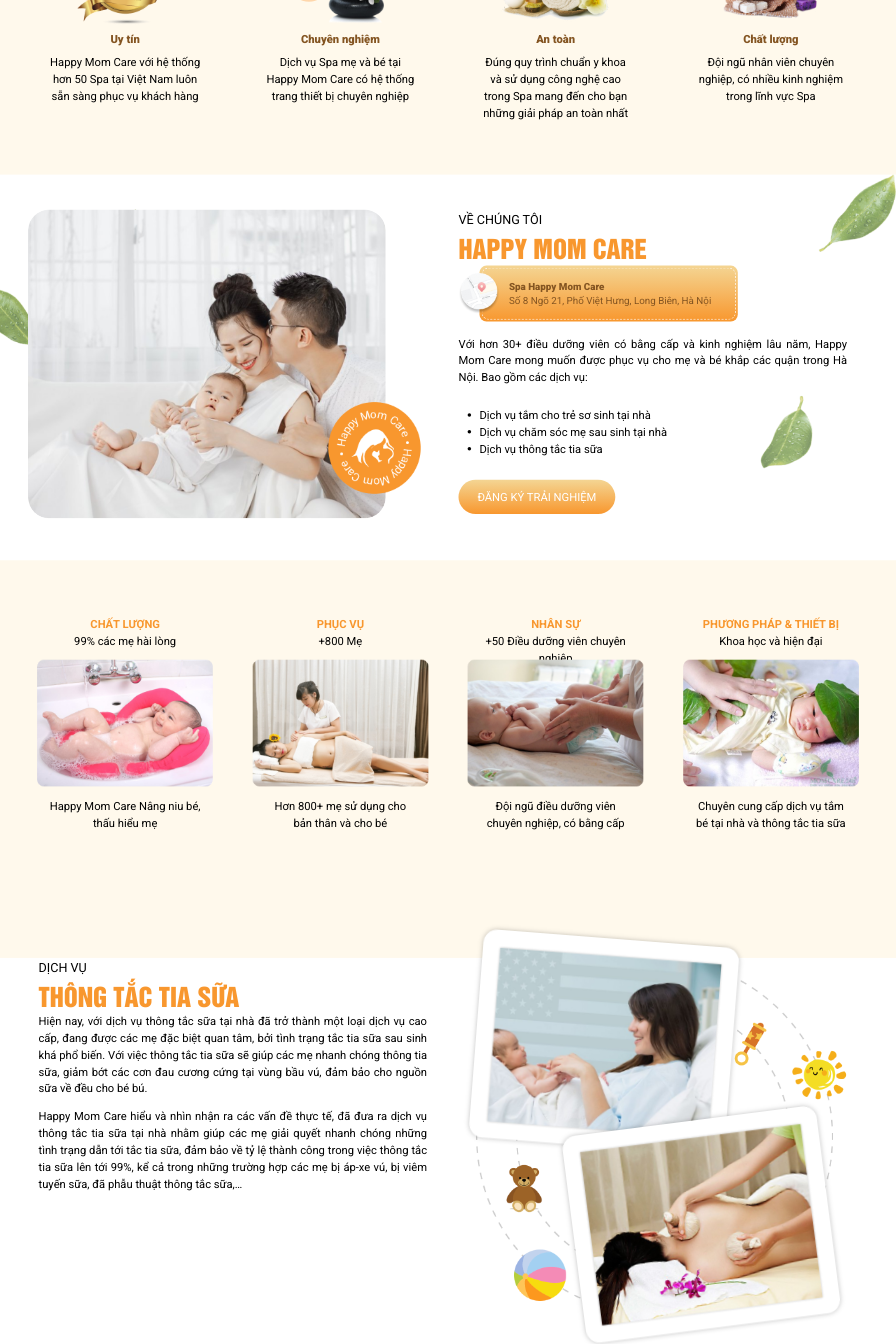
Repository: haianh12082001/happymom
Page: index.html
The author's editor kept a copy of each file at every save. The page is drawn from the files as they stood at one save, then again after the next save.
The browser window is 1280 px wide. The pictures show the part of the page from y = 869 to 2789 px (the page is 2789 px tall before and 2779 px after), at 70% of full size.
Some web libraries are served in a nearby version. The style sheet was rebuilt from its Sass, Less or Tailwind sources for each picture, by a compiler version that may differ from the author's.

Above is the page before, as saved 2021-11-16 10:11:29.

### index.html
<!DOCTYPE html>
<html lang="en">
    <head>
        <meta charset="UTF-8" />
        <meta http-equiv="X-UA-Compatible" content="IE=edge" />
        <meta name="viewport" content="width=device-width, initial-scale=1.0" />
        <title>Document</title>
        <link href="https://fonts.googleapis.com/css2?family=Roboto:wght@300;400;500;700;900&display=swap" rel="stylesheet" />
        <link rel="stylesheet" href="./assets/fonts/fontawesome-free-5.15.3/css/all.min.css" />
        <link
            rel="stylesheet"
            href="https://cdn.jsdelivr.net/npm/bootstrap@4.6.0/dist/css/bootstrap.min.css"
            integrity="sha384-B0vP5xmATw1+K9KRQjQERJvTumQW0nPEzvF6L/Z6nronJ3oUOFUFpCjEUQouq2+l"
            crossorigin="anonymous"
        />
        <link rel="stylesheet" href="./assets/css/app.css" />
    </head>
    <body>
        <div class="topbar">
            <div class="topbar__container container">
                <div class="topbar__logo">
                    <img src="./assets/img/logo.png" alt="" />
                </div>
                <div class="topbar__openTime">
                    <div class="openTime__text">Giờ mở cửa</div>
                    <div class="openTime__time">8h00 - 16h00</div>
                </div>
                <div class="topbar__seach">
                    <input type="text" name="" id="" placeholder="Tìm kiếm" />
                    <button class="button__seach">
                        <i class="fas fa-search r"></i>
                    </button>
                </div>
                <div class="topbar__hotline">
                    <div class="hotline__icon">
                        <img src="./assets/img/icon__phone.png" alt="" />
                    </div>
                    <div class="hotline__text">
                        <p class="hotline__text--top">Hotline:</p>
                        <p class="hotline__text--bottom">0944 430 977</p>
                    </div>
                </div>
                <div class="topbar__book">
                    <div class="book__icon">
                        <i class="fas fa-calendar-alt"></i>
                    </div>
                    <p class="book__text">Đặt lịch hẹn</p>
                </div>
            </div>
        </div>
        <header class="header">
            <div class="header__container container">
                <ul class="header__list">
                    <li class="header__item">
                        <a href="#" class="header__link">Trang chủ</a>
                    </li>
                    <li class="header__item">
                        <a href="#" class="header__link">Giới thiệu</a>
                    </li>
                    <li class="header__item">
                        <a href="#" class="header__link">Dịch vụ</a>
                    </li>
                    <li class="header__item">
                        <a href="#" class="header__link">Khoá học</a>
                    </li>
                    <li class="header__item">
                        <a href="#" class="header__link">Hệ thống đại lý</a>
                    </li>
                    <li class="header__item">
                        <a href="#" class="header__link">Tin tức</a>
                    </li>
                    <li class="header__item">
                        <a href="#" class="header__link">Liên hệ</a>
                    </li>
                </ul>
                <ul class="header__social">
                    <li>
                        <a href="#">
                            <i class="fab fa-facebook-f"></i>
                        </a>
                    </li>
                    <li>
                        <a href="#">
                            <i class="fab fa-twitter"></i>
                        </a>
                    </li>
                    <li>
                        <a href="#">
                            <i class="fab fa-google-plus-g"></i>
                        </a>
                    </li>
                    <li>
                        <a href="#">
                            <i class="fab fa-skype"></i>
                        </a>
                    </li>
                </ul>
            </div>
        </header>
        <section class="banner">
            <div class="banner__content">
                <div class="banner__img">
                    <img src="./assets/img/banner/Rectangle 28.png" alt="" />
                </div>
                <!-- <div class="banner__phone">
                    <div class="icon">
                        <i class="fas fa-phone-alt"></i>
                    </div>
                    <div class="text">0944 430 977</div>
                </div> -->
            </div>
        </section>
        <section class="bannerAdv">
            <div class="bannerAdv__container container">
                <div class="row">
                    <div class="bannerAdv__item col-lg-3">
                        <div class="bannerAdv__item--top">
                            <div class="text">01</div>
                            <img src="./assets/img/bannerAdv/pngwing 6.png" alt="" />
                        </div>
                        <div class="bannerAdv__item--bottom">
                            <div class="name">Uy tín</div>
                            <p class="des">Happy Mom Care với hệ thống hơn 50 Spa tại Việt Nam luôn sẵn sàng phục vụ khách hàng</p>
                        </div>
                    </div>
                    <div class="bannerAdv__item col-lg-3">
                        <div class="bannerAdv__item--top">
                            <div class="text">02</div>
                            <img src="./assets/img/bannerAdv/pngwing 8.png" alt="" />
                        </div>
                        <div class="bannerAdv__item--bottom">
                            <div class="name">Chuyên nghiệm</div>
                            <p class="des">Dịch vụ Spa mẹ và bé tại Happy Mom Care có hệ thống trang thiết bị chuyên nghiệp</p>
                        </div>
                    </div>
                    <div class="bannerAdv__item col-lg-3">
                        <div class="bannerAdv__item--top">
                            <div class="text">03</div>
                            <img src="./assets/img/bannerAdv/pngwing 9.png" alt="" />
                        </div>
                        <div class="bannerAdv__item--bottom">
                            <div class="name">An toàn</div>
                            <p class="des">Đúng quy trình chuẩn y khoa và sử dụng công nghệ cao trong Spa mang đến cho bạn những giải pháp an toàn nhất</p>
                        </div>
                    </div>
                    <div class="bannerAdv__item col-lg-3">
                        <div class="bannerAdv__item--top">
                            <div class="text">04</div>
                            <img src="./assets/img/bannerAdv/pngwing 10.png" alt="" />
                        </div>
                        <div class="bannerAdv__item--bottom">
                            <div class="name">Chất lượng</div>
                            <p class="des">Đội ngũ nhân viên chuyên nghiệp, có nhiều kinh nghiệm trong lĩnh vực Spa</p>
                        </div>
                    </div>
                </div>
            </div>
        </section>
        <section class="introduce">
            <div class="introduce__container container">
                <div class="row">
                    <div class="col-lg-6">
                        <div class="introduce__img">
                            <img src="./assets/img/Rectangle 33.png" alt="" />
                        </div>
                    </div>
                    <div class="col-lg-6">
                        <div class="introduce__heading">Về chúng tôi</div>
                        <div class="introduce__name">Happy mom care</div>
                        <div class="introduce__address">
                            <div class="introduce__address--img">
                                <img src="./assets/img/Ellipse 29.png" alt="" />
                            </div>
                            <div class="introduce__address--text">
                                <p>Spa Happy Mom Care</p>
                                <span>Số 8 Ngõ 21, Phố Việt Hưng, Long Biên, Hà Nội</span>
                            </div>
                        </div>
                        <div class="introduce__text">
                            <p>
                                Với hơn 30+ điều dưỡng viên có bằng cấp và kinh nghiệm lâu năm, Happy Mom Care mong muốn được phục vụ cho mẹ và bé khắp các quận
                                trong Hà Nội. Bao gồm các dịch vụ:
                            </p>
                            <ul class="text__list">
                                <li>Dịch vụ tắm cho trẻ sơ sinh tại nhà</li>
                                <li>Dịch vụ chăm sóc mẹ sau sinh tại nhà</li>
                                <li>Dịch vụ thông tắc tia sữa</li>
                            </ul>
                        </div>
                        <div class="introduce__btn">
                            <a href="">Đăng ký trải nghiệm</a>
                        </div>
                    </div>
                </div>
            </div>
        </section>
        <section class="blog">
            <div class="blog__container container">
                <div class="row">
                    <div class="blog__item col-lg-3">
                        <div class="blog__name">Chất lượng</div>
                        <div class="blog__subname">99% các mẹ hài lòng</div>
                        <div class="blog__img">
                            <img src="./assets/img/blog/Rectangle 35 (3).png" alt="" />
                        </div>
                        <div class="blog__des">Happy Mom Care Nâng niu bé, thấu hiểu mẹ</div>
                        <div class="blog__btn btn">
                            <a href="">Tìm hiểu thêm</a>
                            <img class="blog__btn--img" src="./assets/img/blog/plant 1.png" alt="" />
                        </div>
                    </div>
                    <div class="blog__item col-lg-3">
                        <div class="blog__name">Phục vụ</div>
                        <div class="blog__subname">+800 Mẹ</div>
                        <div class="blog__img">
                            <img src="./assets/img/blog/Rectangle 35 (4).png" alt="" />
                        </div>
                        <div class="blog__des">Hơn 800+ mẹ sử dụng cho bản thân và cho bé</div>
                        <div class="blog__btn btn">
                            <a href="">Tìm hiểu thêm</a>
                            <img class="blog__btn--img" src="./assets/img/blog/plant 1.png" alt="" />
                        </div>
                    </div>
                    <div class="blog__item col-lg-3">
                        <div class="blog__name">Nhân sự</div>
                        <div class="blog__subname">+50 Điều dưỡng viên chuyên nghiệp</div>
                        <div class="blog__img">
                            <img src="./assets/img/blog/Rectangle 35 (5).png" alt="" />
                        </div>
                        <div class="blog__des">Đội ngũ điều dưỡng viên chuyên nghiệp, có bằng cấp</div>
                        <div class="blog__btn btn">
                            <a href="">Tìm hiểu thêm</a>
                            <img class="blog__btn--img" src="./assets/img/blog/plant 1.png" alt="" />
                        </div>
                    </div>
                    <div class="blog__item col-lg-3">
                        <div class="blog__name">PHƯƠNG PHÁP & THIẾT BỊ</div>
                        <div class="blog__subname">Khoa học và hiện đại</div>
                        <div class="blog__img">
                            <img src="./assets/img/blog/Rectangle 35 (6).png" alt="" />
                        </div>
                        <div class="blog__des">Chuyên cung cấp dịch vụ tắm bé tại nhà và thông tắc tia sữa</div>
                        <div class="blog__btn btn">
                            <a href="">Tìm hiểu thêm</a>
                            <img class="blog__btn--img" src="./assets/img/blog/plant 1.png" alt="" />
                        </div>
                    </div>
                </div>
            </div>
        </section>
        <seaction class="serviceOne">
            <div class="serviceOne__container container">
                <div class="row">
                    <div class="col-lg-6 serviceOne__left">
                        <div class="service__title">Dịch vụ</div>
                        <div class="service__name">Thông tắc tia sữa</div>
                        <p class="service__text">
                            Hiện nay, với dịch vụ thông tắc sữa tại nhà đã trở thành một loại dịch vụ cao cấp, đang được các mẹ đặc biệt quan tâm, bởi tình
                            trạng tắc tia sữa sau sinh khá phổ biến. Với việc thông tắc tia sữa sẽ giúp các mẹ nhanh chóng thông tia sữa, giảm bớt các cơn đau
                            cương cứng tại vùng bầu vú, đảm bảo cho nguồn sữa về đều cho bé bú.
                        </p>
                        <p class="service__text">
                            Happy Mom Care hiểu và nhìn nhận ra các vấn đề thực tế, đã đưa ra dịch vụ thông tắc tia sữa tại nhà nhằm giúp các mẹ giải quyết
                            nhanh chóng những tình trạng dẫn tới tắc tia sữa, đảm bảo về tỷ lệ thành công trong việc thông tắc tia sữa lên tới 99%, kể cả trong
                            những trường hợp các mẹ bị áp-xe vú, bị viêm tuyến sữa, đã phẫu thuật thông tắc sữa,…
                        </p>
                    </div>
                    <div class="col-lg-6 serviceOne__right">
                        <div class="bigCircle__img">
                            <img src="./assets/img/serviceOne/Group 392.png" alt="" />
                        </div>
                        <div class="serviceOne__img--top">
                            <img src="./assets/img/serviceOne/Rectangle 37 (1).png" alt="" />
                        </div>
                        <div class="serviceOne__img--bottom">
                            <img src="./assets/img/serviceOne/Rectangle 38 (1).png" alt="" />
                        </div>
                    </div>
                </div>
            </div>
        </seaction>
        <script type="text/javascript" src="https://code.jquery.com/jquery-1.11.0.min.js"></script>
        <script type="text/javascript" src="https://code.jquery.com/jquery-migrate-1.2.1.min.js"></script>
        <script
            src="https://cdnjs.cloudflare.com/ajax/libs/bootstrap/4.6.0/js/bootstrap.min.js"
            integrity="sha512-XKa9Hemdy1Ui3KSGgJdgMyYlUg1gM+QhL6cnlyTe2qzMCYm4nAZ1PsVerQzTTXzonUR+dmswHqgJPuwCq1MaAg=="
            crossorigin="anonymous"
            referrerpolicy="no-referrer"
        ></script>
        <script type="text/javascript" src="https://cdn.jsdelivr.net/npm/slick-carousel@1.8.1/slick/slick.min.js"></script>
        <script src="./assets/js/main.js"></script>
    </body>
</html>

### assets/sass/app.scss
@import "variables";
@import "reset";
@import "global";
@import "topbar";
@import "header";
@import "banner";
@import "bannerAdv";
@import "introduce";
@import "blog";
@import "service";

### assets/sass/_variables.scss
$font-family: "Roboto", sans-serif;
$color-global: #f8972e;
$text-color: #000000;

### assets/sass/_reset.scss
html {
    box-sizing: border-box;
    scroll-behavior: smooth;
}
* {
    margin: 0;
    padding: 0;
}
*,
*:before,
*:after {
    box-sizing: border-box;
}
input,
textarea,
select,
button {
    outline: none;
}
input {
    line-height: normal;
    outline: none;
    box-shadow: none;
}
input:focus {
    outline: 0;
    border: none;
    box-shadow: none;
}
ul,
li {
    margin: 0;
    padding: 0;
    list-style: none;
}
label,
button {
    cursor: pointer;
}
a {
    text-decoration: none;
    &:hover {
        text-decoration: none;
    }
}
img {
    display: block;
    max-width: 100%;
}

### assets/sass/_global.scss
@font-face {
    font-family: "UTM";
    font-display: swap;
    src: url("../fonts/word/UTM\ HelvetIns.ttf") format("truetype");
}
@font-face {
    font-family: "Time";
    font-display: swap;
    src: url("../fonts/word/timesbd.ttf") format("truetype");
}
body {
    font-family: $font-family;
    margin: 0;
    padding: 0;
    width: 100%;
    font-size: 16px;
    color: $text-color;
}
.container {
    max-width: 1230px;
    margin: 0 auto;
    padding: 0 15px;
}

### assets/sass/_header.scss
.header {
    // height: 59px;
    background: $color-global;
    &__container {
        display: flex;
        justify-content: space-between;
        align-items: center;
    }
    &__list {
        display: flex;
        justify-content: space-between;
        text-transform: uppercase;
        align-items: center;
        // column-gap: 66px;
    }
    &__item {
        margin-left: 66px;
        padding: 16px 0;
        &:first-child {
            margin-left: 0;
        }
    }
    &__link {
        color: #fff;
        font-weight: 500;
    }
    &__social {
        display: flex;
        align-items: center;
        li {
            width: 31px;
            height: 31px;
            background: #fff;
            border-radius: 50%;
            margin-left: 8px;
            i {
                display: flex;
                height: 100%;
                justify-content: center;
                align-items: center;
            }
        }
    }
}

### assets/sass/_banner.scss
.banner {
    position: relative;
    &__img img {
        width: 100%;
        max-height: 598px;
    }
    &__phone {
        color: #845522;
        display: flex;
        .text {
            font-family: "UTM";
        }
    }
}

### assets/sass/_bannerAdv.scss
.bannerAdv {
    background: #fff9ec;
    padding: 25px 0 60px;
    &__container {
    }
    &__item {
        padding: 0px 46px;
        display: flex;
        flex-direction: column;
        align-items: center;
        &--top {
            position: relative;
            display: inline-block;
            max-width: 180px;
            height: 207px;

            .text {
                color: #ffd7ab;
                font-size: 180px;
                font-weight: 700;
                font-family: "Time";
                line-height: 206px;
            }
            img {
                position: absolute;
                bottom: 10px;
                left: 50%;
                transform: translateX(-50%);
            }
        }
        &--bottom {
            text-align: center;
            .name {
                color: #845522;
                margin-bottom: 9px;
                font-weight: 900;
            }
        }
    }
}

### assets/sass/_blog.scss
.blog {
    padding-top: 40px;
    padding-bottom: 60px;
    background: #fff9ec;
    &__item {
        padding: 40px 28px 55px 28px;
    }
    &__name {
        text-align: center;
        text-transform: uppercase;
        color: $color-global;
        font-weight: 700;
    }
    &__subname {
        text-align: center;
        // margin-bottom: 13px;
        height: 38px;
    }
    &__des {
        text-align: center;
        padding: 17px;
        display: -webkit-box;
        -webkit-line-clamp: 2;
        -webkit-box-orient: vertical;
        overflow: hidden;
        text-overflow: ellipsis;
        word-break: break-word;
        // height: 59px;
    }
    &__btn {
        text-align: center;
        margin-top: 10px;
        position: relative;
        display: inherit;
        visibility: hidden;
        a {
            padding: 15px 28px 11px 28px;
            background: linear-gradient(180deg, #f4d593 0%, #f8972e 100%);
            border-radius: 50px;
            text-transform: uppercase;
            color: #fff;
            font-weight: 500;
            box-shadow: 0 3px 0px rgba($color: #c2611c, $alpha: 1);
        }
        &--img {
            position: absolute;
            bottom: 0;
            right: 0;
            transform: translateX(25%);
        }
    }
    &__item:hover {
        box-shadow: 0px 0px 20px rgba(239, 206, 168, 0.5);
        border-radius: 20px;
        .blog__btn {
            visibility: initial;
        }
    }
}

### assets/sass/_service.scss
.service {
    &__title {
        text-transform: uppercase;
        font-size: 18px;
    }
    &__name {
        text-transform: uppercase;
        font-size: 36px;
        color: $color-global;
        font-family: "UTM";
        font-weight: 400;
        line-height: 52px;
    }
    &__text {
        text-align: justify;
    }
}
.serviceOne {
    &__left {
        padding: 0 30px;
    }
    &__right {
        padding: 0 40px;
        position: relative;
    }
    &__img--top {
        position: absolute;
        top: -28px;
        // left: 0;
        padding: 20px;
        filter: drop-shadow(0px 0px 4px rgba(0, 0, 0, 0.25));
        transform: rotate(4.47deg);
        border-radius: 20px;
        background: #fff;
        img {
            width: 326px;
            height: 258px;
            // object-fit: cover;
        }
    }
    &__img--bottom {
        position: absolute;
        bottom: -20px;
        right: 70px;
        padding: 20px;
        filter: drop-shadow(0px 0px 4px rgba(0, 0, 0, 0.25));
        transform: rotate(-7.32deg);
        border-radius: 20px;
        background: #fff;
        img {
            width: 326px;
            height: 258px;
        }
    }
}

Loaded but not shown: assets/fonts/fontawesome-free-5.15.3/css/all.min.css (library); assets/sass/_introduce.scss (117 lines, source omitted); assets/sass/_topbar.scss (95 lines, source omitted); assets/js/main.js (no copy from this time; the picture is the same without it)

After the next save:
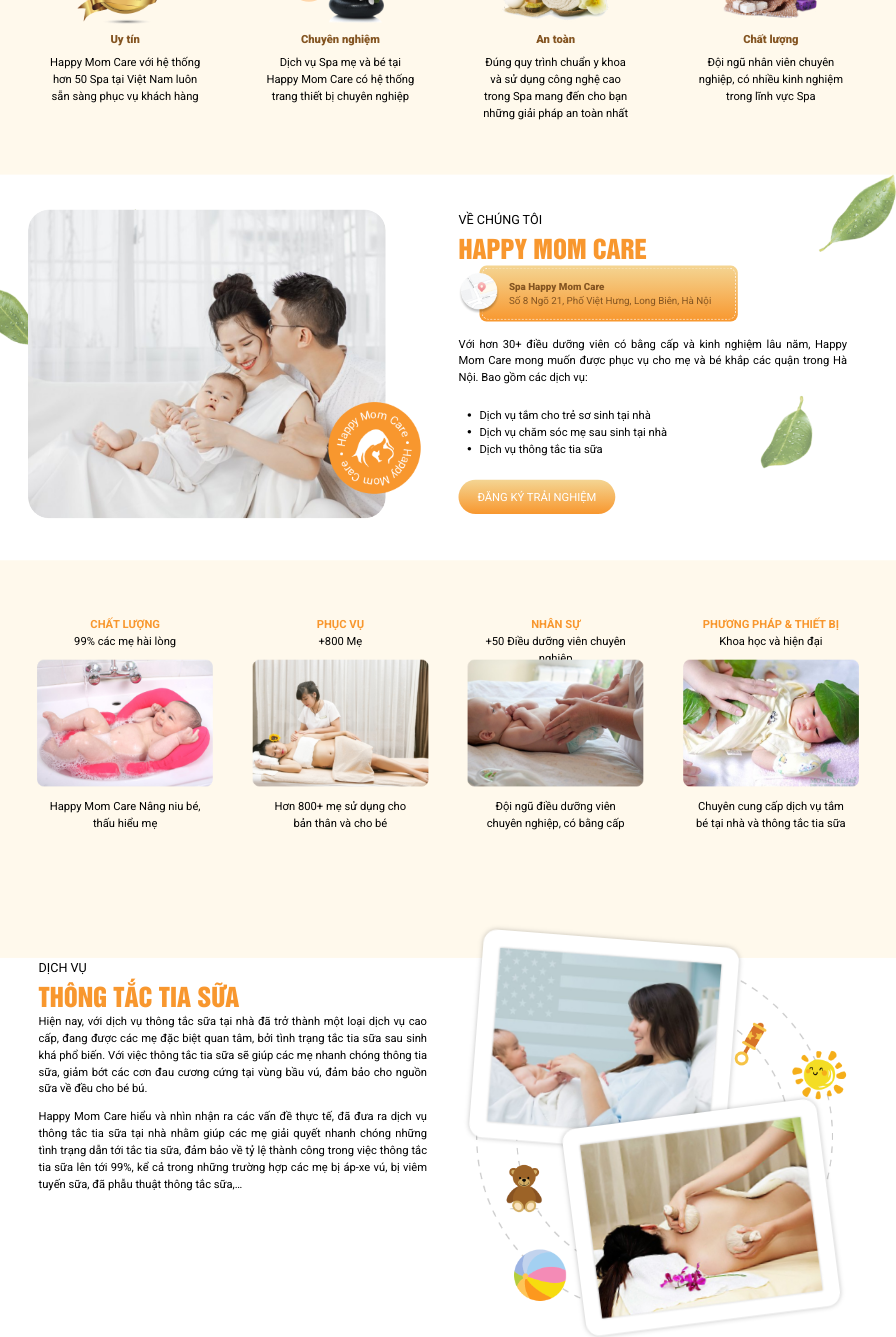
Saved 60 s later.
--- a/assets/sass/_service.scss
+++ b/assets/sass/_service.scss
@@ -40,7 +40,7 @@
     }
     &__img--bottom {
         position: absolute;
-        bottom: -20px;
+        bottom: -10px;
         right: 70px;
         padding: 20px;
         filter: drop-shadow(0px 0px 4px rgba(0, 0, 0, 0.25));
